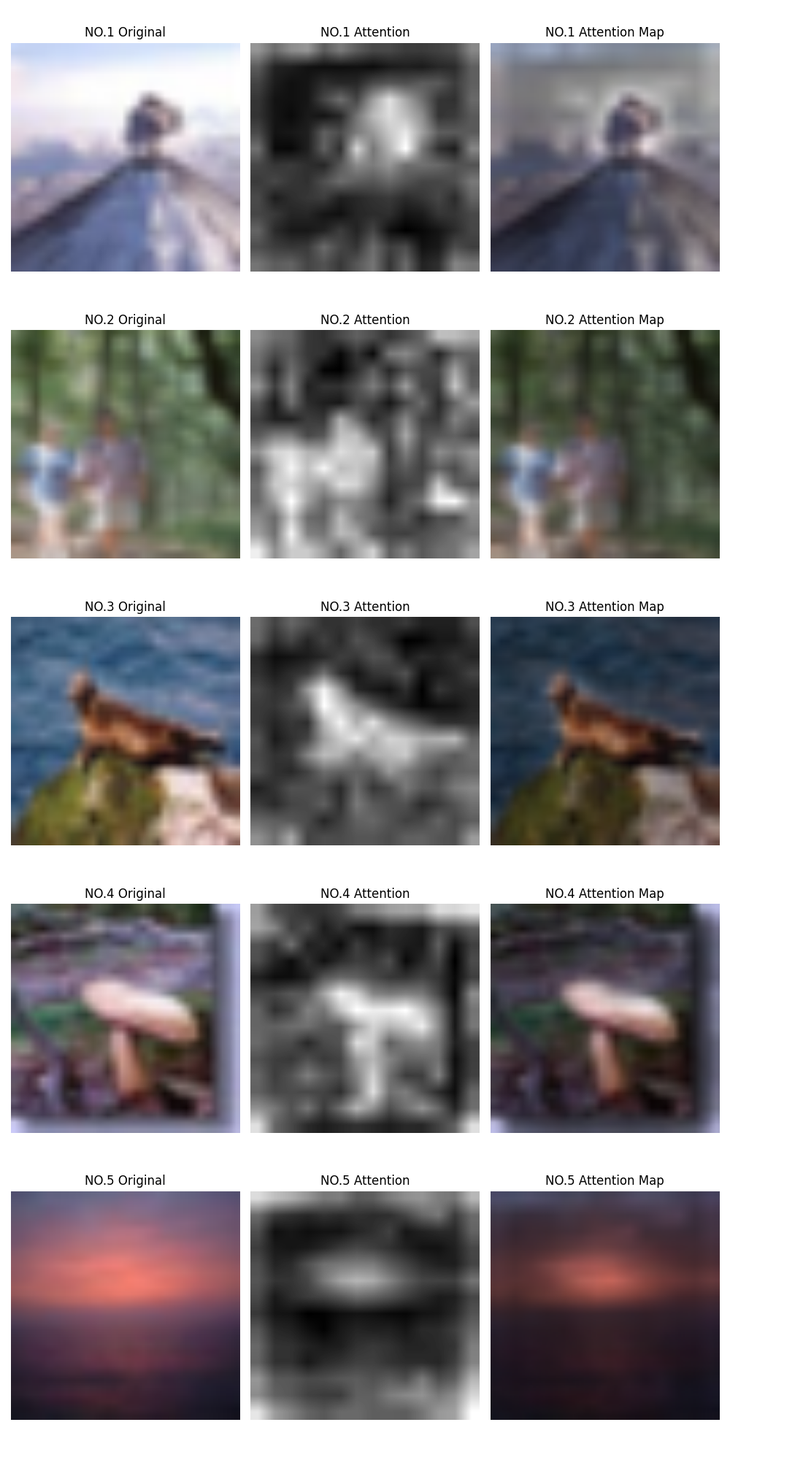
Repository: ginnux/vit
Script's output: python figure/visual.py
An editor plug-in stored every save of this project. The script's output is shown before and after the next save, followed by the edit.
The pictures are shown at 73% of full size.
Random numbers start from a fixed seed. It also reads figure/visualize.pkl.

Above is the script's output before, as saved 2024-06-24 22:35:10.

### figure/visual.py
import pickle
import numpy as np
import matplotlib.pyplot as plt

# Load data
with open("figure/visualize.pkl", "rb") as f:
    data = pickle.load(f)

# Plot
im_list, mask_list, result_list = data

plt.rcParams["font.size"] = 10
plt.rcParams["font.family"] = "Times New Roman"
num = len(im_list)

plt.figure(figsize=(10, 4 * num))

for i in range(num):
    im = im_list[i]
    mask = mask_list[i]
    result = result_list[i]

    plt.subplot(num, 3, 3 * i + 1)
    plt.axis("off")
    plt.title(f"NO.{i+1} Original")
    plt.imshow(im)

    plt.subplot(num, 3, 3 * i + 2)
    plt.axis("off")
    plt.title(f"NO.{i+1} Attention")
    plt.imshow(mask, cmap="gray")

    plt.subplot(num, 3, 3 * i + 3)
    plt.axis("off")
    plt.title(f"NO.{i+1} Attention Map")
    plt.imshow(result)

plt.tight_layout()
plt.show()

After the next save:
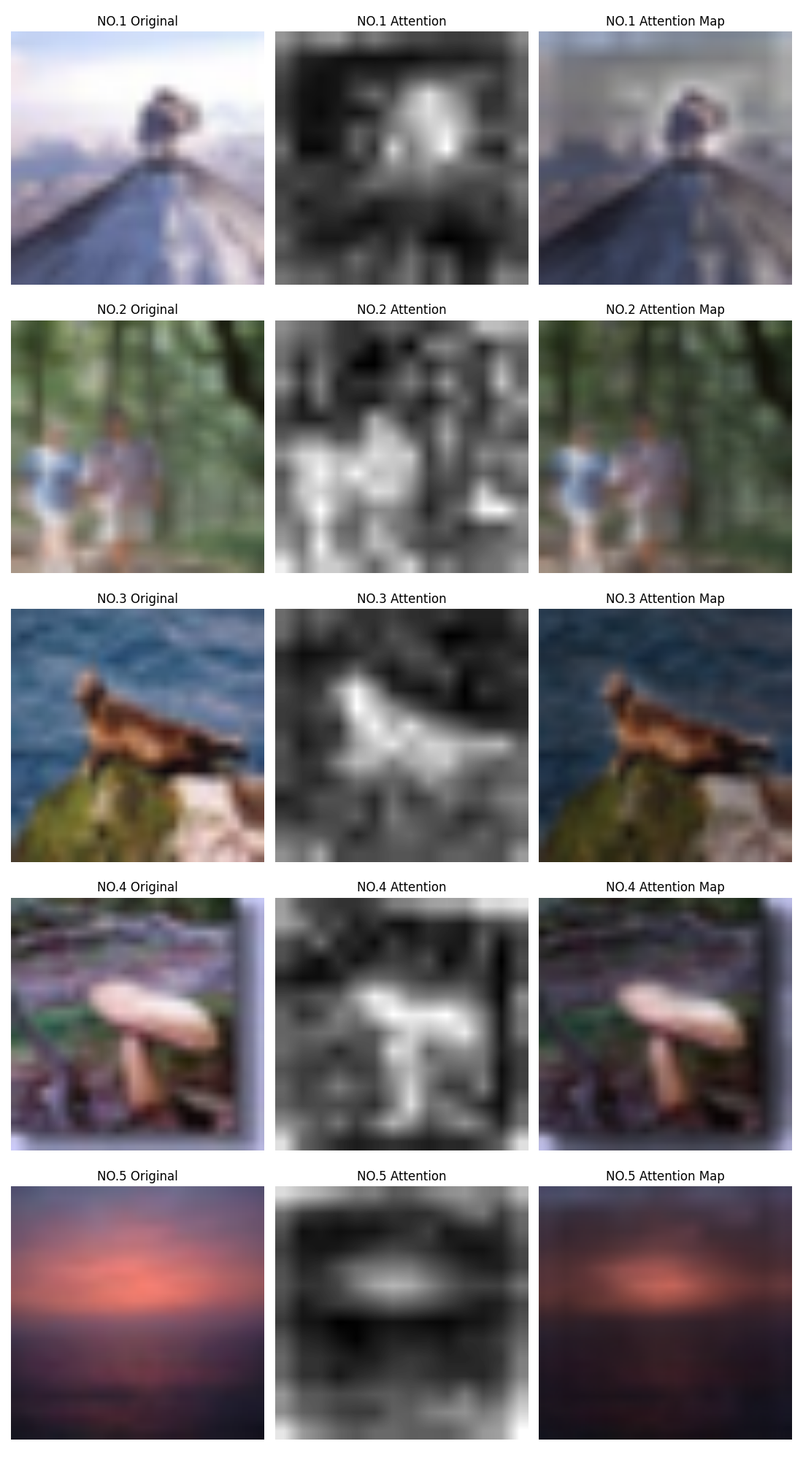
Saved 5 s later.
--- a/figure/visual.py
+++ b/figure/visual.py
@@ -13,7 +13,7 @@ plt.rcParams["font.size"] = 10
 plt.rcParams["font.family"] = "Times New Roman"
 num = len(im_list)
 
-plt.figure(figsize=(10, 4 * num))
+plt.figure(figsize=(11, 4 * num))
 
 for i in range(num):
     im = im_list[i]
